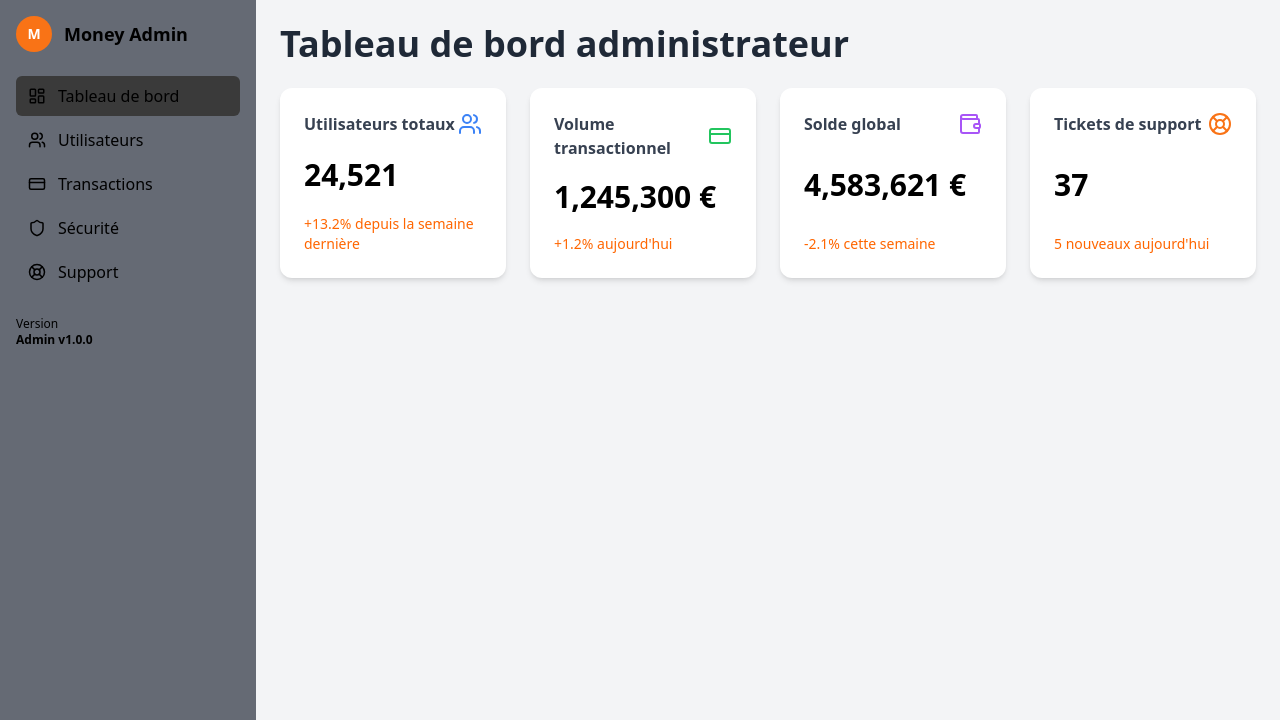
Repository: Edongo999/Dashboard
Page: /
These files come from the project's save history. The page is drawn as it stood at one moment and after the next save; the edit follows.
The browser window is 1280 px wide. The pictures show the whole page.
The project was rebuilt for these pictures with package versions that can differ from the ones it lists, and the page was loaded fresh each time. Also part of the build but not shown: vite.config.ts.

Above is the page before, as saved 2025-10-13 13:59:11.

After the next save:
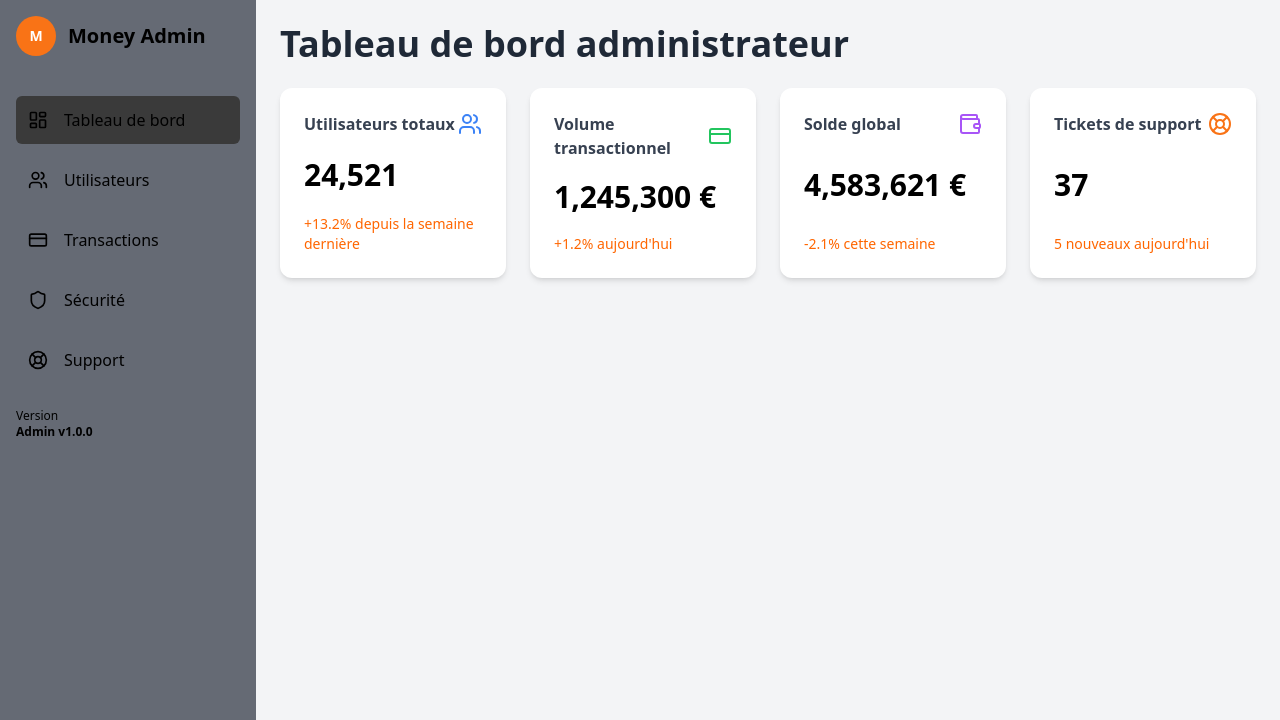
Saved 2 min 3 s later.
--- a/src/components/Sidebar.tsx
+++ b/src/components/Sidebar.tsx
@@ -13,11 +13,11 @@ const Sidebar = () => {
   const [active, setActive] = useState("Tableau de bord")
 
   const menuItems = [
-    { label: "Tableau de bord", icon: <LayoutDashboard size={18} /> },
-    { label: "Utilisateurs", icon: <Users size={18} /> },
-    { label: "Transactions", icon: <CreditCard size={18} /> },
-    { label: "Sécurité", icon: <Shield size={18} /> },
-    { label: "Support", icon: <LifeBuoy size={18} /> }
+    { label: "Tableau de bord", icon: <LayoutDashboard size={20} /> },
+    { label: "Utilisateurs", icon: <Users size={20} /> },
+    { label: "Transactions", icon: <CreditCard size={20} /> },
+    { label: "Sécurité", icon: <Shield size={20} /> },
+    { label: "Support", icon: <LifeBuoy size={20} /> }
   ]
 
   return (
@@ -37,21 +37,22 @@ const Sidebar = () => {
         } lg:translate-x-0 lg:static lg:block`}
         style={{ opacity: 1 }}
       >
-        {/* Haut : logo + menu */}
+        {/* Haut : logo */}
         <div>
-          <div className="flex items-center gap-3 mb-6">
-            <div className="bg-orange-500 text-white rounded-full w-9 h-9 flex items-center justify-center font-bold text-sm shrink-0">
+          <div className="flex items-center gap-3 mb-10">
+            <div className="bg-orange-500 text-white rounded-full w-10 h-10 flex items-center justify-center font-bold text-sm shrink-0">
               M
             </div>
-            <span className="text-lg font-semibold whitespace-nowrap">Money Admin</span>
+            <span className="text-xl font-semibold whitespace-nowrap">Money Admin</span>
           </div>
 
-          <ul className="menu space-y-1">
+          {/* Menu */}
+          <ul className="space-y-3">
             {menuItems.map((item) => (
               <li key={item.label}>
                 <a
                   onClick={() => setActive(item.label)}
-                  className={`flex items-center gap-3 py-2 px-3 rounded-md transition-all duration-300 ${
+                  className={`flex items-center gap-4 py-3 px-3 text-[16px] rounded-md transition-all duration-300 ${
                     active === item.label
                       ? "bg-[#3A3A3A]"
                       : "hover:bg-neutral-600 hover:scale-[1.02]"
